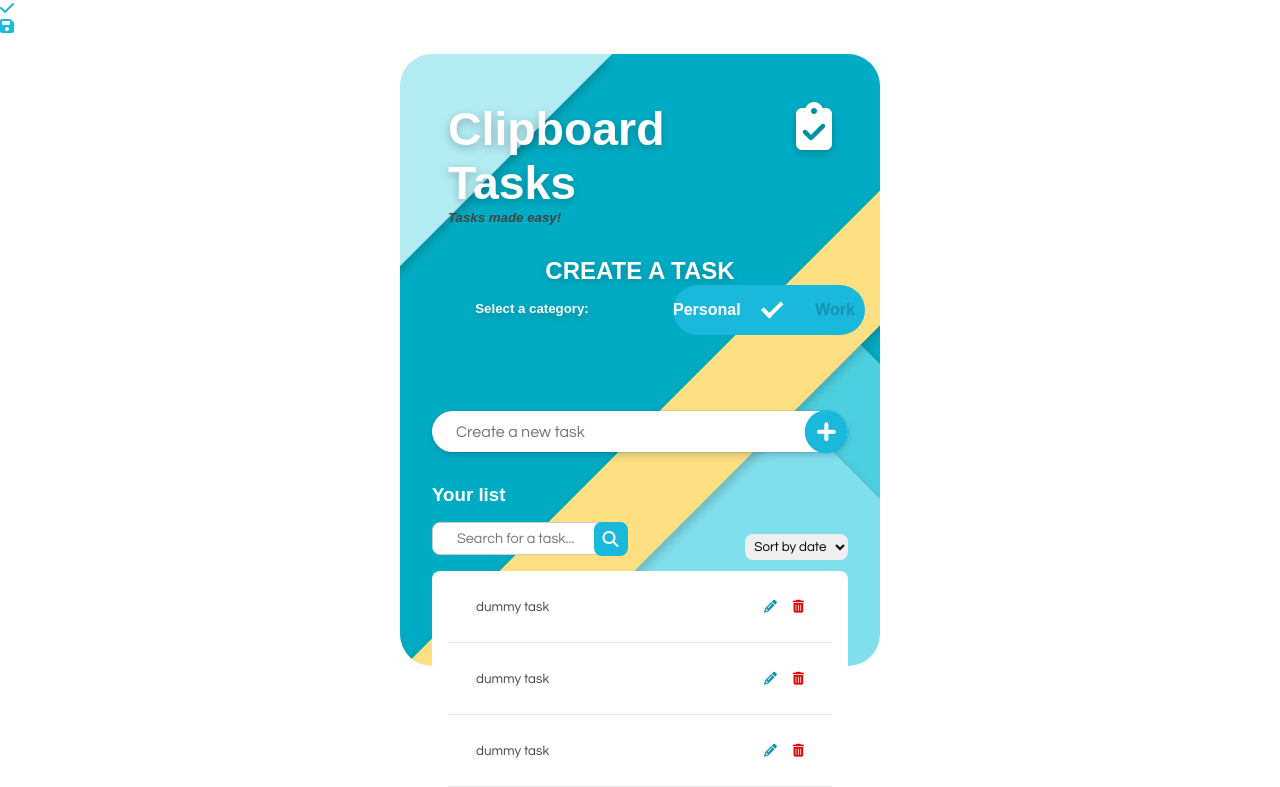
Repository: WesleyErasmus/Todo-App
Page: todoApp.html
The author's editor kept a copy of each file at every save. The page is drawn from the files as they stood at one save, then again after the next save.
The browser window is 1280 px wide. The pictures show the whole page.
Some web fonts or font styles are not loaded; a fallback is used. Some web libraries are served in a nearby version.

Above is the page before, as saved 2022-06-12 17:10:21.

### todoApp.html
<!DOCTYPE html>
<html lang="en">
<head>
    <meta charset="UTF-8">
    <meta http-equiv="X-UA-Compatible" content="IE=edge">
    <meta name="viewport" content="width=device-width, initial-scale=1.0">
    <title>Todo App</title>
    <script src="https://kit.fontawesome.com/81ea498f91.js" crossorigin="anonymous"></script>
    <link rel="stylesheet" href="/source/css/todoApp.css">
    <script src="/source/script/todoApp.js" defer></script>
</head>
<body>
    <!-- App wrapper -->
    <main class="app-wrapper">
        <!-- App header -->
        <header>
            <div>
            <h1 class="slogan">Clipboard Tasks</h1>
            <h5 class="slogan-2"><em>Tasks made easy!</em></h5>
            </div>
            <div id="jumbotron-logo"><i class="fa-solid fa-clipboard-check fa-3x"></i></div>
        </header>

        <h2 id="create-task-heading">CREATE A TASK</h2>

        <!-- Categories section -->
        <section>
        <form id="todo-list-form">
           <div class="test">

            <h5 class="category-heading">Select a category:</h5>

            <div class="toggle-radio">
                <input type="radio" name="rdo" id="yes" checked>
                <input type="radio" name="rdo" id="no">
                <div class="switch">
                  <label for="yes">Personal</label>
                  <label for="no">Work</label>
                  <span></span>
                </div>
              </div>

            </div>
            <!-- <div class="category-selectors"> -->
                <!-- Personal category (make to assign as default, unless user selects work category) -->
                <!-- <label id="personal-label-btn">
                    <input type="radio" name="category" value="Personal" id="personal-category" />
                    <div>Personal</div>
                </label> -->
                <!-- Work category -->
                <!-- <label id="work-label-btn">
                    <input type="radio" name="category" value="Work" id="work-category" />
                    <div>Work</div>
                </label>
            </div> -->
            <!-- End of radio categories div -->
            <div class="create-submit">
            <input type="text" name="create-task" id="create-task" placeholder="Create a new task" />
            <button id="task-submit-btn" type="submit" value="create-new-task">
                <i class="fa-solid fa-circle-plus"></i>
            </button>
        </div>
        </form>
        </section>

        <!-- Task list is created here, new tasks are outputted below -->
        <section class="todo-list-output">
            <div id="list-header">
            <h3>Your list</h3>
            </div>
            <!-- SEARCH BAR -->
            <div id="search-filter-section">
                <form id="search-bar">
                <input type="text"
                id="search-bar"
                placeholder="Search for a task...">
                <button type="submit"><i class="fa fa-search"
                id="search-submit-btn"></i></button>
                </form>
                <!-- Classic filter dropdown -->
                <div>
                    <select name="filter" id="filter">
                    <option value="Date">Sort by date</option>
                    <option value="Name">Sort by title</option>
                    </select>
                    <!-- <i class="fa-solid fa-arrow-down-wide-short"></i> -->
                </div>

                </div>
            <!-- Actual task list output -->
            <div class="tasks" id="tasks">

                <div class="dummy-task">

                    <div class="task-name">
                        <input type="text"
                        class="text"
                        value="dummy task"
                        readonly>
                        <div class="edit-delete">
                            <button class="edit"><i class="fa-solid fa-pencil"></i></button>
                            <button class="delete"><i class="fa fa-trash" aria-hidden="true"></i></button>
                        </div>
                    </div>
                </div>

                <div class="dummy-task">

                    <div class="task-name">
                        <input type="text"
                        class="text"
                        value="dummy task"
                        readonly>
                        <div class="edit-delete">
                            <button class="edit"><i class="fa-solid fa-pencil"></i></button>
                            <button class="delete"><i class="fa fa-trash" aria-hidden="true"></i></button>
                        </div>
                    </div>
                </div>

                <div class="dummy-task">

                    <div class="task-name">
                        <input type="text"
                        class="text"
                        value="dummy task"
                        readonly>
                        <div class="edit-delete">
                            <button class="edit"><i class="fa-solid fa-pencil"></i></button>
                            <button class="delete"><i class="fa fa-trash" aria-hidden="true"></i></button>
                        </div>
                    </div>
                </div>

            </div>

        </section>

    </main> <!-- End of App wrapper -->
        <!-- Save icon and task complete icon -->
                <li><i class="fa-solid fa-check"></i></li>
                <li><i class="fa-solid fa-floppy-disk"></i></li>

</body>
</html>

### source/css/todoApp.css
@import url('https://fonts.googleapis.com/css2?family=Lexend+Tera:wght@100&family=Questrial&display=swap');


/* CSS Variables */
:root {
    --background-color: #fff;
    --primary: #1AB8DB;
    --secondary: #1593AF;
    --delete: #E50000;
    --grey: #ccc9c9;
    --dark-grey: #444444;

    --text-shadows: text-shadow: rgba(0, 0, 0, 0.24) 0px 3px 8px;
    --box-shadows: box-shadow: rgba(9, 30, 66, 0.25) 0px 4px 8px -2px, rgba(9, 30, 66, 0.08) 0px 0px 0px 1px;

    /* add linear gradients */
}

/* Universal selector styling */
* {
    box-sizing: border-box;
    margin: 0;
    padding: 0;
    font-family: 'Lexend Tera', sans-serif;
    list-style: none;
}

/* Below will remove input and checkbox default styling */
input:not([type="radio"]):not([type="checkbox"]), button {
	appearance: none;
	border: none;
	outline: none;
	background: none;
	cursor: initial;
}

/* *** UNIVERSAL BUTTON STYLING *** */
button {
	appearance: none;
	border: none;
	outline: none;
	background: none;
	cursor: initial;
    cursor: pointer;
}

body {
    background-color: var(--background-color);
    color: var(--primary);
}

main {
    padding-top: 2rem;
    background-color: var(--secondary);
    background-image: url(/images/bg-1.jpg);
    background-size: cover;
    background-position: center;
    background-repeat: no-repeat;
    border-radius: 2rem;
    padding-left: 2rem;
    padding-right: 2rem;
    flex: 1 1 0%;
    align-items: center;
    justify-content: center;
    max-width: 480px;
    height: 85vh;
    width: 100%;
    position: absolute;
    top: 50%;
    left: 50%;
    margin-right: -50%;
    transform: translate(-50%, -50%)
}

section {
    margin-top: 1rem;
    margin-bottom: 2rem;
}

header {
    display: flex;
    justify-content: space-between;
    padding: 1rem;
    border-radius: 1rem;
    /* add gradient color to font and logo */
}
.slogan {
    color: #fff;
    font-family: 'Lexend Tera', sans-serif;
    font-size: 2.9rem;
    text-shadow: rgba(0, 0, 0, 0.24) 0px 3px 8px;
    /* -webkit-background-clip: text;
    -webkit-text-fill-color: transparent; */
}
.slogan-2 {
    color: #444444;
}

#jumbotron-logo {
    color: #fff;
    text-shadow: rgba(0, 0, 0, 0.24) 0px 3px 8px;
}
/* create task H3 styling*/
#create-task-heading {
    color: var(--background-color);
    margin-top: 1rem;
    text-align: center;
    text-shadow: rgba(0, 0, 0, 0.24) 0px 3px 8px;
}
/* Select category h2 styling */
.category-heading {
    color: var(--background-color);
    text-align: center;
    margin-bottom: 0.75rem;
    text-shadow: rgba(0, 0, 0, 0.24) 0px 3px 8px;
}

/* Work / personal category selector styling */
.category-selectors {
    display: grid;
    grid-template-columns: repeat(2, 1fr);
    grid-gap: 1rem;
    margin-bottom: 1rem;
}

label {
    font-family: 'Karla', sans-serif;
    font-weight: 590;
}

.category-selectors label{
    display: flex;
    flex-direction: column;
    justify-content: center;
    align-items: center;
    background-color: var(--primary);
    padding: 1rem 2rem;
    border-radius: 999999px;
    color: #fff;
    box-shadow: var(--box-shadows);
}

/* change the below id to #work-category-btn */
#work-label-btn {
    font-family: 'Karla', sans-serif;
    background-color: var(--grey);
}

#create-task {
    margin-top: 75px;
    font-family: 'Questrial', sans-serif;
	display: block;
	width: 100%;
	font-size: 1rem;
	padding: 0.79rem 1.5rem;
    padding-right: 0rem;
	color: var(--dark-grey);
	background-color: var(--background-color);
    box-shadow: rgba(9, 30, 66, 0.25) 0px 4px 8px -2px, rgba(9, 30, 66, 0.08) 0px 0px 0px 1px;
    border-radius: 9999px;

}

/* change to task add btn */
#task-submit-btn{
    position: absolute;
    display: block;
    right: 0rem;
    bottom: -0.5px;
    border: none;
    background-color: transparent;
    color: var(--primary);
}

.fa-circle-plus {
    font-size: 2.7rem;
}

/* add gradient color to fa-logo */

.create-submit {
    position: relative;
    display: flex;
    justify-content: center;
    align-items: center;
    text-align: center;
    margin-top: 0.5rem;
}

.create-task {
    text-align: center;
}

#list-header {
width: 80%;
display: flex;
justify-content: space-between;
margin-bottom: 1rem;
color: #fff;
}

#search-filter-section {
    display: flex;
    margin: 0 auto;
    justify-content: space-between;
    margin-top: 1rem;
    text-align: center;
    align-items: center;
}

#search-bar {
    position: relative;
    display: flex;
    justify-content: center;
    align-items: center;
    width: 47%;
}

#search-bar input{
    font-family: 'Questrial', sans-serif;
	display: block;
	width: 100%;
	font-size: 0.9rem;
	padding: 0.50rem 1.5rem;
    padding-right: 0rem;
	color: var(--dark-grey);
	background-color: var(--background-color);
    border: 0.1px solid var(--grey);
    border-radius: 0.5rem;
    margin-bottom: 1rem;
}

#search-submit-btn {
    position: absolute;
    display: block;
    right: 0rem;
    top: 0;
    background-color: var(--primary);
    border-top-left-radius: 0.5rem;
    border-bottom-left-radius: 0.5rem;
    border-top-right-radius: 0.5rem;
    border-bottom-right-radius: 0.5rem;
    padding: 0.56rem;
    color: #fff;
}

/* Font-awesome search icon styling */
.fa-search {
    font-size: 1rem;
    color: var(--primary);
}

/* Filter styling */
.filter {
    font-family: 'Questrial', sans-serif;
    font-size: 1.1rem;
    font-weight: 500;
    color: var(--secondary);
    text-shadow: var(--text-shadows);
}

.fa-arrow-down-wide-short {
    color: var(--primary);
}

select {
    margin-left: 0.3rem;
    padding: 0.3rem;
    border: none;
    outline: 0;
    /* border: 1px var(--grey) solid; */
    border-radius: 0.5rem;
    font-family: 'Questrial', sans-serif;
    box-shadow: var(--box-shadows);
}
option {
    font-family: 'Questrial', sans-serif;
}

#tasks {
    border-radius: 0.5rem;
    background-color: #fff;
}

#tasks .task-name {
    display: flex;
    justify-content: space-between;
    background-color: var(--background-color);
    padding: 1.75rem;
    background-color: #fff;
    margin-bottom: 0rem;
    margin: 0 1rem;
    border-bottom: 0.01px solid rgba(229, 225, 225, 0.919);
}

.dummy-task .task-name {
    flex: 1 1 0%;
}

.dummy-task .task-name .text {
    color: var(--dark-grey);
    font-family: 'Questrial', sans-serif;
    width: 100%;
    display: block;
    transition: 0.4s;
}

.dummy-task .edit-delete {
    display: flex;
    margin: 0 -0.5rem;

}

/* Edit button styling */

.fa-pencil {
    color: var(--secondary);
}

.fa-trash {
    color: var(--delete);
}

.dummy-task .edit-delete button {
    cursor: pointer;
    margin: 0 0.5rem;
    font-size: 0.8rem;
    font-weight: 700;
    text-transform: uppercase;
    transition: 0.4s;
}



/* CATEGORY TOGGLE */

.test {
    display: grid;
    grid-template-columns: repeat(2, 1fr);
    grid-gap: 1rem;
    margin-bottom: 1rem;
    margin: 0 auto;
}

.toggle-radio {
    position: relative;
}

.switch {
    position: relative;
    top: 50%;
    left: 50%;
    width: 12rem;
    height: 50px;
    text-align: center;
    margin: -30px 0 0 -75px;
    background: var(--primary);
    transition: all 0.2s ease;
    border-radius: 25px;
  }
  .switch span {
    position: absolute;
    width: 20px;
    height: 4px;
    top: 50%;
    left: 50%;
    margin: -2px 0px 0px -4px;
    background: #fff;
    display: block;
    transform: rotate(-45deg);
    transition: all 0.2s ease;
  }
  .switch span:after {
    content: "";
    display: block;
    position: absolute;
    width: 4px;
    height: 12px;
    margin-top: -8px;
    background: #fff;
    transition: all 0.2s ease;
  }
  input[type=radio] {
    display: none;
  }
  .switch label {
    cursor: pointer;
    color: rgba(0,0,0,0.2);
    width: 60px;
    line-height: 50px;
    transition: all 0.2s ease;
  }
  label[for=yes] {
    position: absolute;
    left: 0px;
    height: 20px;
  }
  label[for=no] {
    position: absolute;
    right: 0px;
  }
  #no:checked ~ .switch {
    background: #eb4f37;
  }
  #no:checked ~ .switch span {
    background: #fff;
    margin-left: -8px;
  }
  #no:checked ~ .switch span:after {
    background: #fff;
    height: 20px;
    margin-top: -8px;
    margin-left: 8px;
  }
  #yes:checked ~ .switch label[for=yes] {
    color: #fff;
  }
  #no:checked ~ .switch label[for=no] {
    color: #fff;
  }

### source/script/todoApp.js
// *** FILTER BTN SCRIPT ***

/* When the user clicks on the button,
toggle between hiding and showing the dropdown content */
// function myFunction() {
//     document.getElementById("myDropdown").classList.toggle("show");
//   }

//   // Close the dropdown if the user clicks outside of it
//   window.onclick = function(event) {
//     if (!event.target.matches('.dropbtn')) {
//       var dropdowns = document.getElementsByClassName("dropdown-content");
//       var i;
//       for (i = 0; i < dropdowns.length; i++) {
//         var openDropdown = dropdowns[i];
//         if (openDropdown.classList.contains('show')) {
//           openDropdown.classList.remove('show');
//         }
//       }
//     }
//   }
//   *** END OF FILTER BUTTON ***

After the next save:
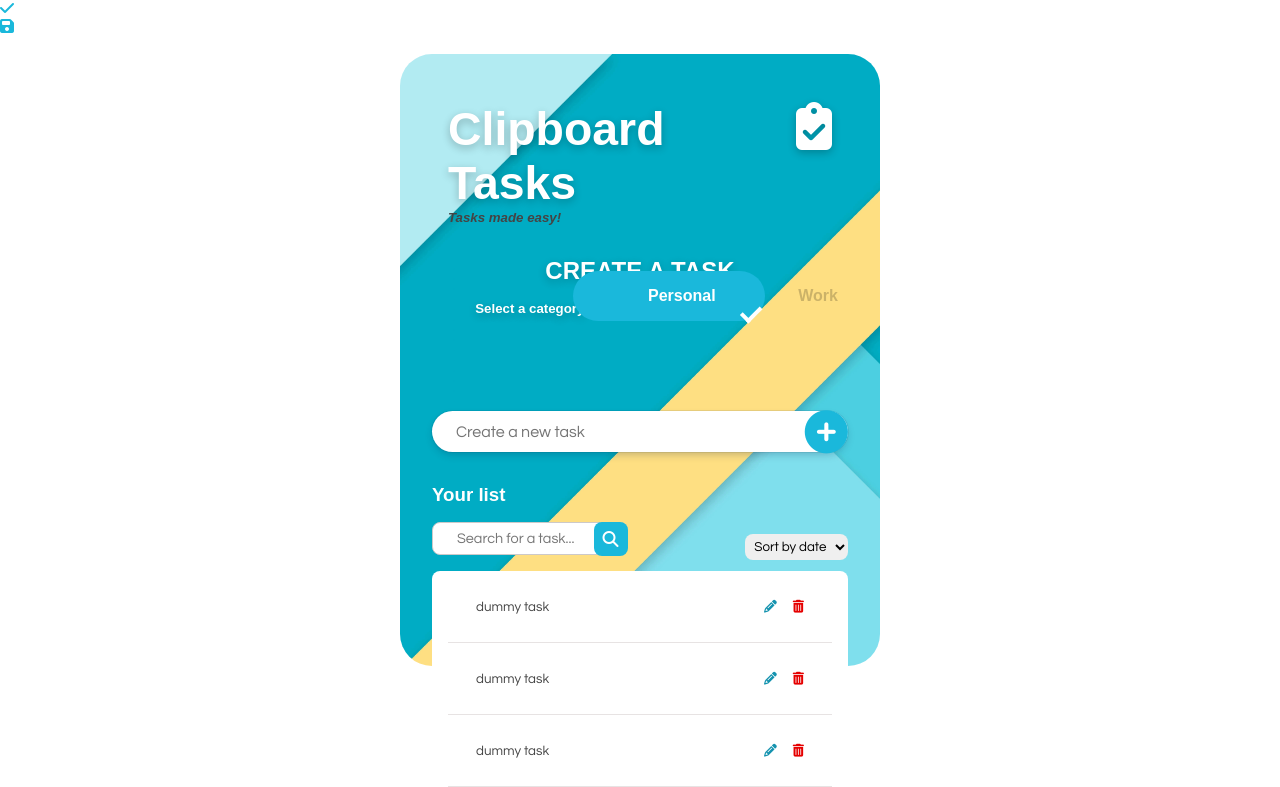
Saved 71 s later.
--- a/source/css/todoApp.css
+++ b/source/css/todoApp.css
@@ -347,9 +347,9 @@ option {
 }
 
 .switch {
-    position: relative;
+    /* position: relative;
     top: 50%;
-    left: 50%;
+    left: 50%; */
     width: 12rem;
     height: 50px;
     text-align: center;

After the save that followed:
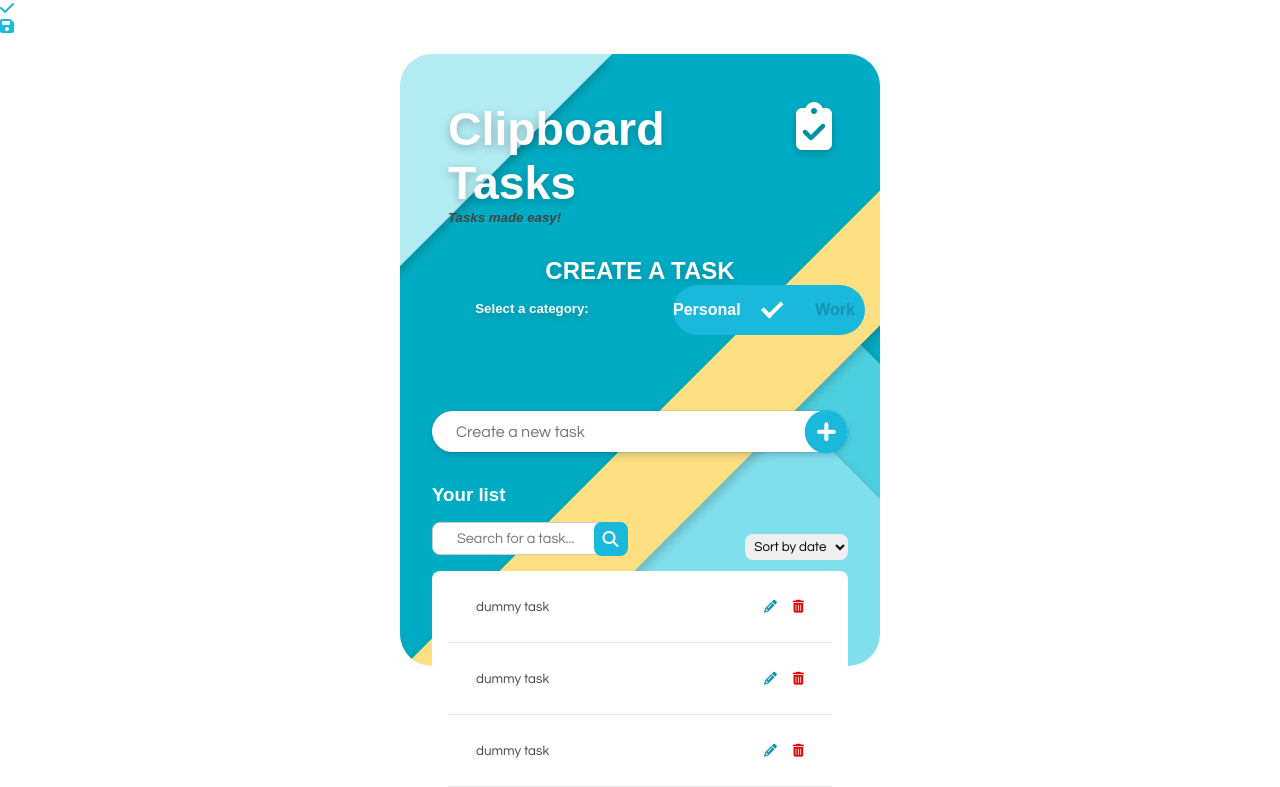
Saved 11 s later.
--- a/source/css/todoApp.css
+++ b/source/css/todoApp.css
@@ -347,9 +347,9 @@ option {
 }
 
 .switch {
-    /* position: relative;
+    position: relative;
     top: 50%;
-    left: 50%; */
+    left: 50%;
     width: 12rem;
     height: 50px;
     text-align: center;
